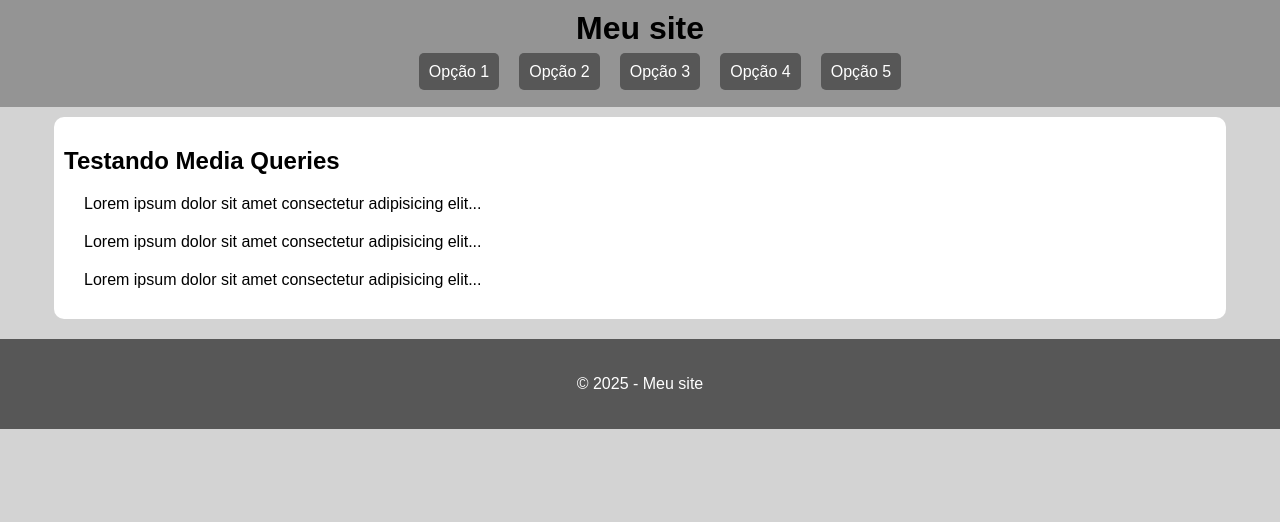
Repository: Sandro1969-tech/menu-hamburger
Page: index.html
The author's editor kept a copy of each file at every save. The page is drawn from the files as they stood at one save, then again after a run of saves.
The browser window is 1280 px wide. The pictures show the whole page.

Above is the page before, as saved 2025-12-25 19:38:41.

### index.html
<!DOCTYPE html>
<html lang="pt-br">
<head>
  <meta charset="UTF-8">
  <meta name="viewport" content="width=device-width, initial-scale=1.0">
  <title>Menu Responsivo</title>
  <style>
    body {
      margin: 0;
      font-family: Arial, sans-serif;
      background-color: lightgrey;
    }

    header {
      background-color: rgb(148, 148, 148);
      padding: 10px;
      text-align: center;
    }

    header h1 {
      margin: 0;
    }

    /* Ícone do menu */
    .menu-icon {
      display: none; /* escondido em telas grandes */
      width: 40px;
      cursor: pointer;
      margin: 10px auto;
    }

    /* Menu padrão em telas grandes */
    #menu {
      display: block;
    }

    #menu ul {
      list-style: none;
      margin: 0;
      padding: 0;
      display: flex; /* horizontal */
      justify-content: center;
    }

    #menu li {
      margin: 0 10px;
    }

    #menu a {
      text-decoration: none;
      color: white;
      background-color: rgb(87,87,87);
      padding: 10px;
      border-radius: 5px;
    }

    #menu a:hover {
      background-color: rgba(119, 136, 153, 0.459);
    }

    /* Responsivo: telas pequenas */
    @media (max-width: 768px) {
      .menu-icon {
        display: block; /* aparece o ícone */
      }

      #menu {
        display: none; /* menu escondido por padrão */
      }

      #menu ul {
        flex-direction: column; /* vertical */
      }

      #menu li {
        margin: 5px 0;
      }

      #menu.show {
        display: block; /* aparece quando clicado */
      }
    }

    main {
      width: 90vw;
      background-color: white;
      margin: auto;
      margin-top: 10px;
      padding: 10px;
      border-radius: 10px;
    }

    article p {
      text-align: justify;
      margin-bottom: 20px;
      text-indent: 20px;
    }

    footer {
      background-color: rgb(87,87,87);
      color: white;
      text-align: center;
      padding: 20px;
      margin-top: 20px;
    }
  </style>
</head>
<body>
  <header>
    <h1>Meu site</h1>
    <!-- Ícone do menu -->
    <img src="image/iconmenu.png" alt="Menu" class="menu-icon" onclick="clickMenu()">

    <!-- Menu -->
    <menu id="menu">
      <ul>
        <li><a href="#">Opção 1</a></li>
        <li><a href="#">Opção 2</a></li>
        <li><a href="#">Opção 3</a></li>
        <li><a href="#">Opção 4</a></li>
        <li><a href="#">Opção 5</a></li>
      </ul>
    </menu>
  </header>

  <main>
    <article>
      <h2>Testando Media Queries</h2>
      <p>Lorem ipsum dolor sit amet consectetur adipisicing elit...</p>
      <p>Lorem ipsum dolor sit amet consectetur adipisicing elit...</p>
      <p>Lorem ipsum dolor sit amet consectetur adipisicing elit...</p>
    </article>
  </main>

  <footer>
    <p>© 2025 - Meu site</p>
  </footer>

  <!-- JavaScript -->
  <script>
    function clickMenu() {
      const menu = document.getElementById('menu');
      menu.classList.toggle('show');
    }
  </script>
</body>
</html>

After the next 6 saves:
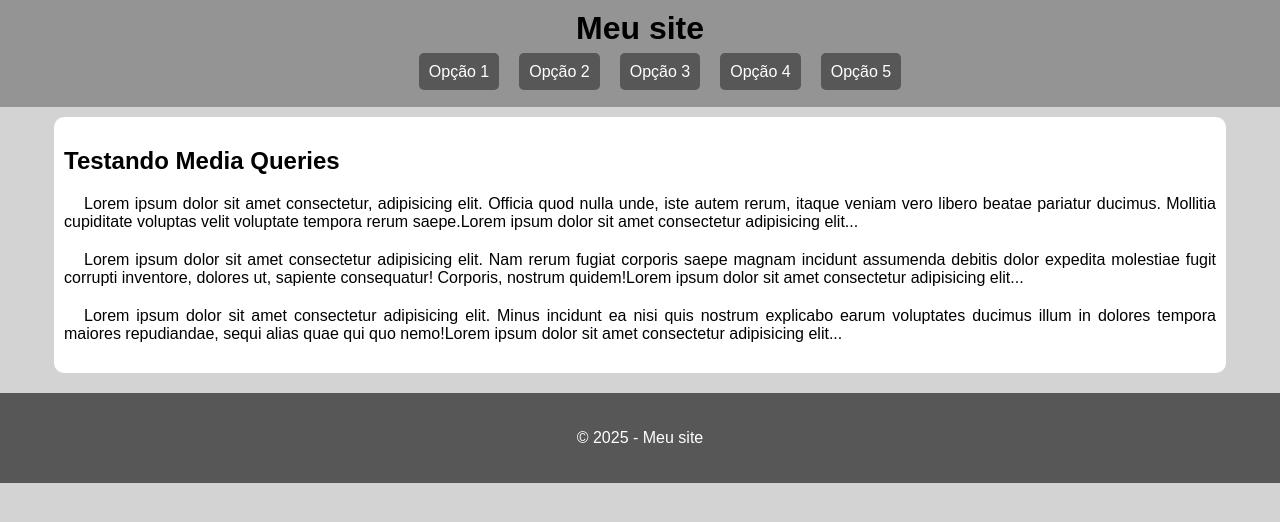
The 6 saves are shown as one change because they came seconds apart.
The last was saved 25 s later.
--- a/index.html
+++ b/index.html
@@ -126,9 +126,9 @@
   <main>
     <article>
       <h2>Testando Media Queries</h2>
-      <p>Lorem ipsum dolor sit amet consectetur adipisicing elit...</p>
-      <p>Lorem ipsum dolor sit amet consectetur adipisicing elit...</p>
-      <p>Lorem ipsum dolor sit amet consectetur adipisicing elit...</p>
+      <p>Lorem ipsum dolor sit amet consectetur, adipisicing elit. Officia quod nulla unde, iste autem rerum, itaque veniam vero libero beatae pariatur ducimus. Mollitia cupiditate voluptas velit voluptate tempora rerum saepe.Lorem ipsum dolor sit amet consectetur adipisicing elit...</p>
+      <p>Lorem ipsum dolor sit amet consectetur adipisicing elit. Nam rerum fugiat corporis saepe magnam incidunt assumenda debitis dolor expedita molestiae fugit corrupti inventore, dolores ut, sapiente consequatur! Corporis, nostrum quidem!Lorem ipsum dolor sit amet consectetur adipisicing elit...</p>
+      <p>Lorem ipsum dolor sit amet consectetur adipisicing elit. Minus incidunt ea nisi quis nostrum explicabo earum voluptates ducimus illum in dolores tempora maiores repudiandae, sequi alias quae qui quo nemo!Lorem ipsum dolor sit amet consectetur adipisicing elit...</p>
     </article>
   </main>
 

After the 2 saves that followed:
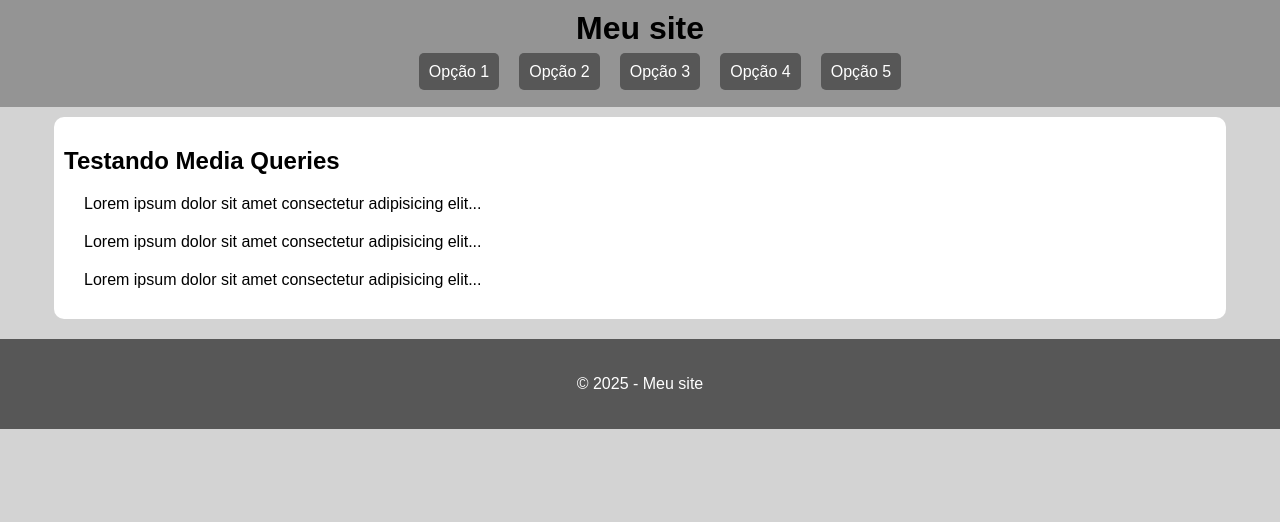
The 2 saves are shown as one change because they came seconds apart.
The last was saved 48 s later.
--- a/index.html
+++ b/index.html
@@ -126,9 +126,9 @@
   <main>
     <article>
       <h2>Testando Media Queries</h2>
-      <p>Lorem ipsum dolor sit amet consectetur, adipisicing elit. Officia quod nulla unde, iste autem rerum, itaque veniam vero libero beatae pariatur ducimus. Mollitia cupiditate voluptas velit voluptate tempora rerum saepe.Lorem ipsum dolor sit amet consectetur adipisicing elit...</p>
-      <p>Lorem ipsum dolor sit amet consectetur adipisicing elit. Nam rerum fugiat corporis saepe magnam incidunt assumenda debitis dolor expedita molestiae fugit corrupti inventore, dolores ut, sapiente consequatur! Corporis, nostrum quidem!Lorem ipsum dolor sit amet consectetur adipisicing elit...</p>
-      <p>Lorem ipsum dolor sit amet consectetur adipisicing elit. Minus incidunt ea nisi quis nostrum explicabo earum voluptates ducimus illum in dolores tempora maiores repudiandae, sequi alias quae qui quo nemo!Lorem ipsum dolor sit amet consectetur adipisicing elit...</p>
+      <p>Lorem ipsum dolor sit amet consectetur adipisicing elit...</p>
+      <p>Lorem ipsum dolor sit amet consectetur adipisicing elit...</p>
+      <p>Lorem ipsum dolor sit amet consectetur adipisicing elit...</p>
     </article>
   </main>
 
